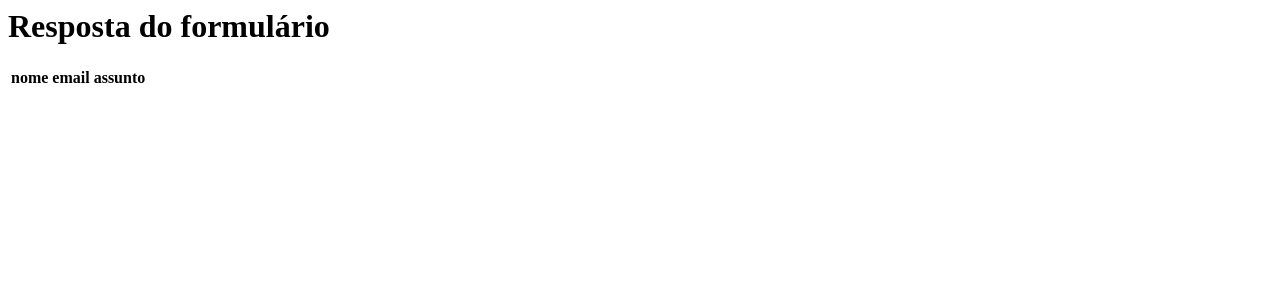
Repository: BrunoCesarAngst/poo
Page: aula04/views/formRsp.html
These files come from the project's save history. The page is drawn as it stood at one moment and after the next save; the edit follows.
The browser window is 1280 px wide. The pictures show the whole page.

Above is the page before, as saved 2020-08-22 20:31:25.

After the next save:
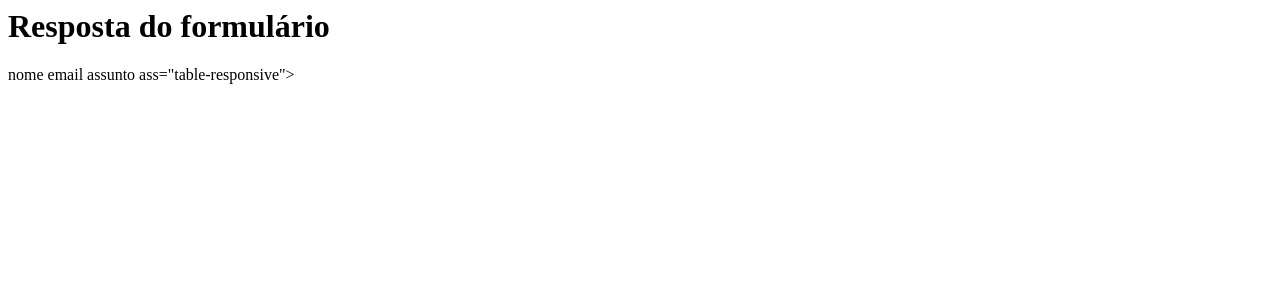
Saved 5 s later.
--- a/aula04/views/formRsp.html
+++ b/aula04/views/formRsp.html
@@ -1,10 +1,6 @@
 <h1>Resposta do formulário</h1>
 
-<div class="table-responsive">
-
-</div>
-
-<table class="table-dark table-striped">
+<div cl<table class="table-dark table-striped">
 
   <thead>
     <tr>
@@ -22,4 +18,6 @@
     </tr>
   </tbody>
 
-</table>
+</table>ass="table-responsive">
+
+</div>

After the save that followed:
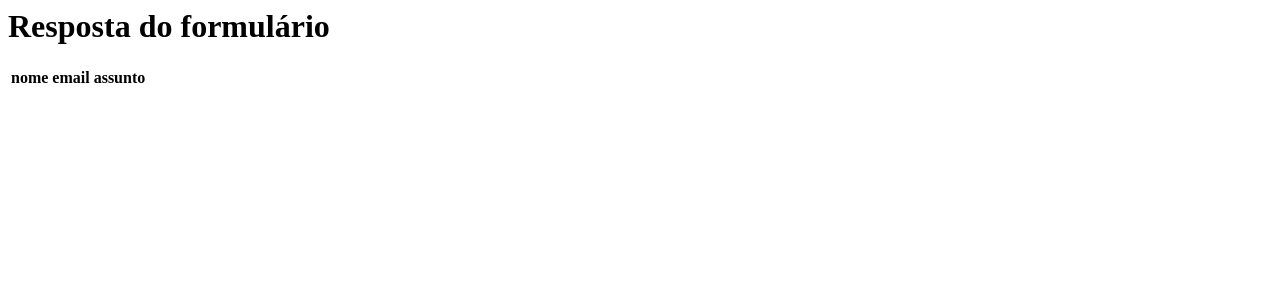
Saved 3 s later.
--- a/aula04/views/formRsp.html
+++ b/aula04/views/formRsp.html
@@ -1,6 +1,10 @@
 <h1>Resposta do formulário</h1>
 
-<div cl<table class="table-dark table-striped">
+<div class="table-responsive">
+
+</div>
+
+<table class="table-dark table-striped">
 
   <thead>
     <tr>
@@ -18,6 +22,4 @@
     </tr>
   </tbody>
 
-</table>ass="table-responsive">
-
-</div>
+</table>
